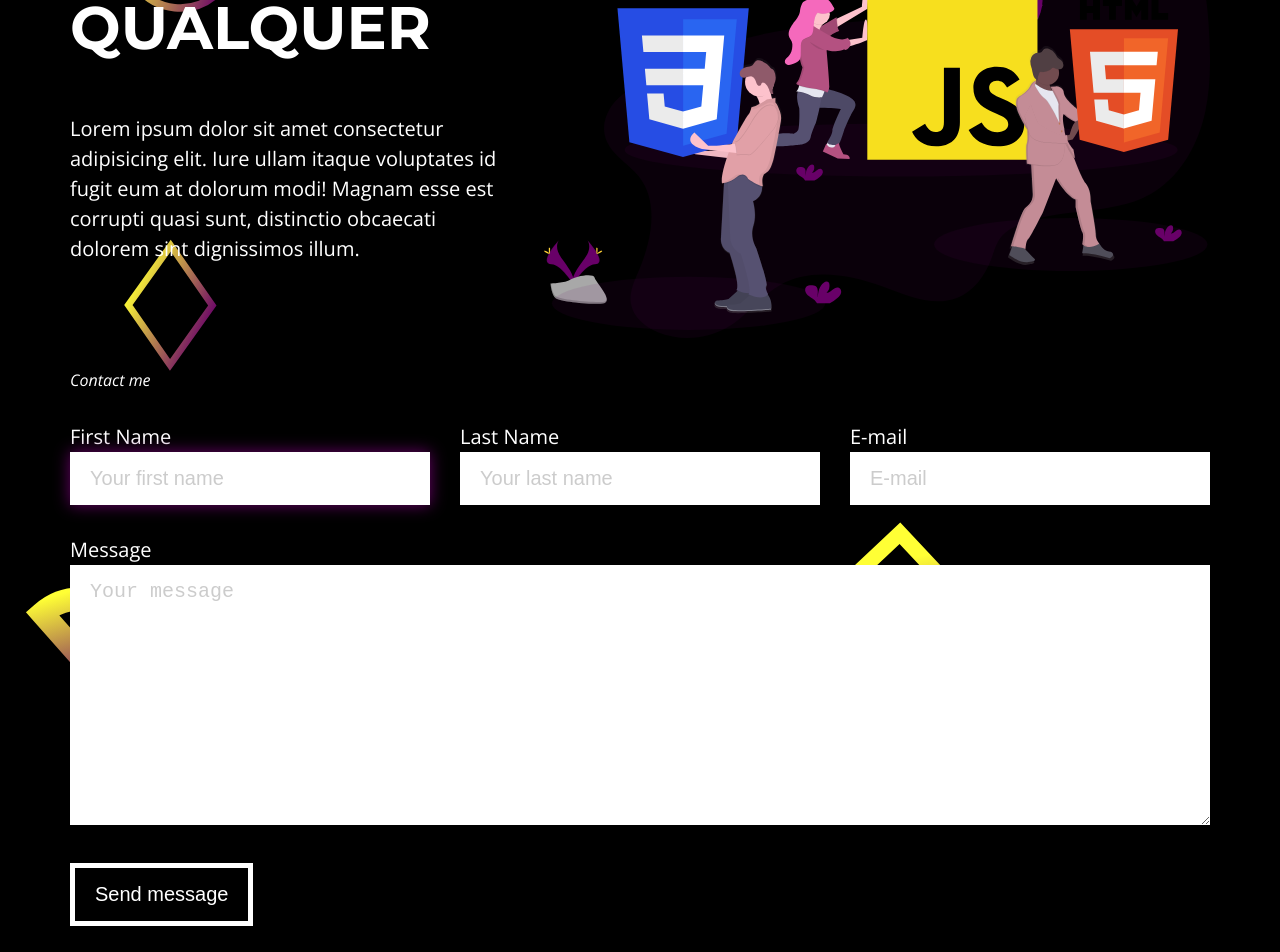
Repository: danilodscosta/CursoHTML
Page: aula1/index.html
These files come from the project's save history. The page is drawn as it stood at one moment and after the next save; the edit follows.
The browser window is 1280 px wide. The pictures show the part of the page from y = 4971 to 5923 px (the page is 5987 px tall).
The first visible `.form-group input` has the focus.

Above is the page before, as saved 2024-02-22 18:44:18.

### aula1/index.html
<!DOCTYPE html>
<html lang="pt-BR">

<head>
    <meta charset="utf-8">
    <meta name="viewport" content="width=device-width, inital-scale=1.0">
    <title>Landing Page</title>

    <link rel="stylesheet" href="assets/css/variables.css">
    <link rel="stylesheet" href="assets/css/elements.css">
    <link rel="stylesheet" href="assets/css/classes.css">
    <link rel="stylesheet" href="assets/css/menu.css">
    <link rel="stylesheet" href="assets/css/style.css">

    <link rel="preconnect" href="https://fonts.googleapis.com">
    <link rel="preconnect" href="https://fonts.gstatic.com" crossorigin>
    <link href="https://fonts.googleapis.com/css2?family=Montserrat:ital,wght@0,900;1,900&display=swap" rel="stylesheet">
    <link href="https://fonts.googleapis.com/css2?family=Montserrat:ital,wght@0,100..900;1,100..900&family=Open+Sans:ital,wght@0,300..800;1,300..800&display=swap" rel="stylesheet">

</head>



<body>
    <aside class="menu white-bg">
        <div class="main-content menu-content">
        <h1>
            <a href="#home">LOGO</a>
        </h1>

            <nav>
                <ul>
                    <li><a href="#intro">intro</a></li>
                    <li><a href="#grid-one">grid-one</a></li>
                    <li><a href="#gallery">gallery</a></li>
                    <li><a href="#work">work</a></li>
                    <li><a href="#pricing">pricing</a></li>
                    <li><a href="#contact">contact</a></li>
                </ul>
            </nav>
        </div>
    </aside>

    <div class="menu-spacing"></div>

    <section id="home" class="intro main-bg section">
        <div class="main-content intro-content">
            <div class="intro-text-content">
                <h2>Um Titulo Qualquer</h2>
                <p>Lorem ipsum dolor sit amet consectetur adipisicing elit. Iure ullam itaque voluptates id fugit eum at dolorum modi! Magnam esse est corrupti quasi sunt, distinctio obcaecati dolorem sint dignissimos illum.</p>
            </div>
        <div class="intro-img">
            <img src="assets/img/js-img.svg" alt="Logo de HTML, CSS e JS.">
        </div>
    </div>
    </section>

    <section id="intro" class="white-bg section">
        <div class="main-content top3-content">
            <h2>Lorem</h2>
            <p>1. Lorem ipsum dolor sit amet consectetur adipisicing elit. Iure ullam itaque voluptates id fugit eum at dolorum modi! Magnam esse est corrupti quasi sunt, distinctio obcaecati dolorem sint dignissimos illum.</p>

            <p>2. Lorem ipsum dolor sit amet consectetur adipisicing elit. Iure ullam itaque voluptates id fugit eum at dolorum modi! Magnam esse est corrupti quasi sunt, distinctio obcaecati dolorem sint dignissimos illum.</p>

            <p>3. Lorem ipsum dolor sit amet consectetur adipisicing elit. Iure ullam itaque voluptates id fugit eum at dolorum modi! Magnam esse est corrupti quasi sunt, distinctio obcaecati dolorem sint dignissimos illum.</p>
        </div>
    </section>

    <section id="grid-one" class="grid-one main-bg section">
        <div class="grid-one-content main-content">
            <h2 class="grid-main-heading">My Grid</h2>
            <p class="grid-description">Uma breve descrição</p>
            <div class="grid">
                <article>
                    <h3>Teste 1</h3>
                    <p>Lorem ipsum dolor, sit amet consectetur adipisicing elit. Quia culpa quasi commodi quae aliquam placeat optio, autem tempore dignissimos laudantium molestiae ullam beatae, iusto vel. Commodi corporis qui fugit tempora.</p>
                </article>
                <article>
                    <h3>Teste 2</h3>
                    <p>Lorem ipsum dolor, sit amet consectetur adipisicing elit. Quia culpa quasi commodi quae aliquam placeat optio, autem tempore dignissimos laudantium molestiae ullam beatae, iusto vel. Commodi corporis qui fugit tempora.</p>
                </article>
                <article>
                    <h3>Teste 3</h3>
                    <p>Lorem ipsum dolor, sit amet consectetur adipisicing elit. Quia culpa quasi commodi quae aliquam placeat optio, autem tempore dignissimos laudantium molestiae ullam beatae, iusto vel. Commodi corporis qui fugit tempora.</p>
                </article>
            </div>
        </div>
    </section>

    <section id="gallery" class="grid-one white-bg section">
        <div class="main-content grid-one-content">
            <h2 class="grid-main-heading">gallery</h2>
            <p class="grid-description">Random pics.</p>

            <div class="grid">
                <div class="gallery-img">
                    <img src="https://source.unsplash.com/random/360x360?r=1" alt="random image from unsplash" />
                </div>

                <div class="gallery-img">
                    <img src="https://source.unsplash.com/random/360x360?r=2" alt="random image from unsplash" />
                </div>

                <div class="gallery-img">
                    <img src="https://source.unsplash.com/random/360x360?r=3" alt="random image from unsplash" />
                </div>
                <div class="gallery-img">
                    <img src="https://source.unsplash.com/random/360x360?r=4" alt="random image from unsplash" />
                </div>
                <div class="gallery-img">
                    <img src="https://source.unsplash.com/random/360x360?r=5" alt="random image from unsplash" />
                </div>
                <div class="gallery-img">
                    <img src="https://source.unsplash.com/random/360x360?r=6" alt="random image from unsplash" />
                </div>
            </div>
        </div>
    </section>

    <section id="work" class="grid-one main-bg section">
        <div class="grid-one-content main-content">
            <h2 class="grid-main-heading">Recent Jobs</h2>
            <p class="grid-description">Here are some works of mine.</p>
            <div class="grid">
                <article>
                    <h3>Teste 1</h3>
                    <p>Lorem ipsum dolor, sit amet consectetur adipisicing elit. Quia culpa quasi commodi quae aliquam placeat optio, autem tempore dignissimos laudantium molestiae ullam beatae, iusto vel. Commodi corporis qui fugit tempora.</p>
                </article>
                <article>
                    <h3>Teste 2</h3>
                    <p>Lorem ipsum dolor, sit amet consectetur adipisicing elit. Quia culpa quasi commodi quae aliquam placeat optio, autem tempore dignissimos laudantium molestiae ullam beatae, iusto vel. Commodi corporis qui fugit tempora.</p>
                </article>
                <article>
                    <h3>Teste 3</h3>
                    <p>Lorem ipsum dolor, sit amet consectetur adipisicing elit. Quia culpa quasi commodi quae aliquam placeat optio, autem tempore dignissimos laudantium molestiae ullam beatae, iusto vel. Commodi corporis qui fugit tempora.</p>
                </article>
            </div>
        </div>
    </section>

    <section id="pricing" class="white-bg section">
        <div class="main-content top3-content">
            <h2>pricing</h2>
            <p>1. Lorem ipsum dolor sit amet consectetur adipisicing elit. Iure ullam itaque voluptates id fugit eum at dolorum modi! Magnam esse est corrupti quasi sunt, distinctio obcaecati dolorem sint dignissimos illum.</p>

            <div class="responsive-table">
            <table>
                <caption>Pricing table</caption>

                    <thead>
                        <tr>
                            <th>Title 1</th>
                            <th>Title 2</th>
                            <th>Title 3</th>
                            <th>Title 4</th>
                            <th>Title 5</th>
                        </tr>
                    </thead>

                    <tbody>
                        <tr>
                            <td>Content 1</td>
                            <td>Content 2</td>
                            <td>Content 3</td>
                            <td>Content 4</td>
                            <td>Content 5</td>
                        </tr>
                        <tr>
                            <td>Content 1</td>
                            <td>Content 2</td>
                            <td>Content 3</td>
                            <td>Content 4</td>
                            <td>Content 5</td>
                        </tr>
                        <tr>
                            <td>Content 1</td>
                            <td>Content 2</td>
                            <td>Content 3</td>
                            <td>Content 4</td>
                            <td>Content 5</td>
                        </tr>
                    </tbody>

                    <tfoot>
                        <tr>
                            <td></td>
                            <td></td>
                            <td></td>
                            <td></td>
                            <td>Testando</td>
                        </tr>
                    </tfoot>
                </table>
            </div>
        </div>
    </section>

    <section id="contact" class="intro main-bg section">
        <div class="main-content intro-content">
            <div class="intro-text-content">
                <h2>Um Titulo Qualquer</h2>
                <p>Lorem ipsum dolor sit amet consectetur adipisicing elit. Iure ullam itaque voluptates id fugit eum at dolorum modi! Magnam esse est corrupti quasi sunt, distinctio obcaecati dolorem sint dignissimos illum.</p>
            </div>
        <div class="intro-img">
            <img src="assets/img/js-img.svg" alt="Logo de HTML, CSS e JS.">
        </div>

        <div class="contact-form">
            <fieldset class="form-grid">
                <legend>Contact me</legend>

                <div class="form-group">
                    <label for="first-name">First Name</label>
                    <input type="text" name="first-name" id="first-name" placeholder="Your first name">
                </div>

                <div class="form-group">
                    <label for="last-name">Last Name</label>
                    <input type="text" name="last-name" id="last-name" placeholder="Your last name">
                </div>

                <div class="form-group">
                    <label for="email">E-mail</label>
                    <input type="email" name="email" id="email" placeholder="E-mail">
                </div>

                <div class="form-group full-width">
                    <label for="message">Message</label>
                    <textarea name="message" id="message" cols="30" rows="10" placeholder="Your message"></textarea>
                </div>

                <div class="form-group full-width">
                    <button type="submit">Send message</button>
                </div>
            </fieldset>
        </div>
    </div>
    </section>

</body>

</html>

### aula1/assets/css/variables.css
:root {
    --primary-color: #000000;
    --white-color: #fff;
    --light-gold-color: #ff0;
    --purple-color: #680068;
    --gap: 3rem;
    --light-gray-color: #cccccc;
}

### aula1/assets/css/elements.css

* {
    margin: 0;
    padding: 0;
    box-sizing: border-box;
}

html {
    font-size: 62.5%;
    scroll-behavior: smooth;
}

body {
    font-family: 'Open Sans', sans-serif;
    font-size: 2rem;
    color: var(--primary-color);
    background: powderblue;
    line-height: 1.5;
}

h1, h2, h3, h4, h5, h6 {
    font-family: 'Montserrat', 'sans-serif';
}

h1 {
    font-size: 6rem;
    text-transform: uppercase;
}

h2 {
    font-size: 6rem;
    margin-bottom: 5rem;
    text-transform: uppercase;
    line-height: 1.2;
}

h3 {
    font-size: 5rem;
}

h4 {
    font-size: 4.5rem;
}

h5 {
    font-size: 4rem;
}

h6 {
    font-size: 3.5rem;
}

p {
    margin-bottom: 2rem;
}

.responsive-table {
    overflow: hidden;
    overflow-x: auto;
    overflow-y: auto;
}

table {
    min-width: 36rem;
    width: 100%;
    border-collapse: collapse;
}

table caption {
    font-size: 1.6rem;
    font-style: italic;
    text-align: left;
    margin-bottom: 1rem;
}

table td, table th {
    white-space: nowrap;
    padding: 1rem;
    text-align: left;
    border: 0.1rem solid;
    border-color: lightgray;
}

tfoot td, table th {
    background: lightgray;
}

### aula1/assets/css/classes.css
.main-bg {
    background-image: url('../img/main-bg.svg');
    background-size: cover;
    background-position: center center;
    color: var(--white-color);
}

.white-bg {
    background: var(--white-color);
}

.main-content {
    max-width: 120rem;
    margin: 0 auto;
    padding: 8rem var(--gap);
}

.section {
    min-height: 100vh;
}

.menu-spacing {
    height: 65px;
}

body .full-width {
    width: 100%;
    flex: 1 1 100%;
}

### aula1/assets/css/menu.css
.menu {
    position: fixed;
    top: 0;
    left: 0;
    right: 0;
    width: 100%;
    z-index: 1;
    border-bottom: 0.1rem solid var(--purple-color);
}

.menu-content {
    display: flex;
    justify-content: space-between;
    align-items: center;
    padding-top: 0;
    padding-bottom: 0;
}

.menu ul {
    list-style: none;
    display: flex;
}

.menu h1 {
    font-size: 2.3rem;
    color: var(--primary-color);
}

.menu h1 a {
    color: inherit;
    text-decoration: none;
}

.menu ul li a {
    display: block;
    padding: 2rem;
    font-size: 1.8rem;
    font-family: 'Montserrat', 'sans-serif';
    color: var(--primary-color);
    font-weight: bold;
    text-decoration: none;
    position: relative;
}

.menu ul li a::after {
    content: '';
    position: absolute;
    bottom: 1rem;
    left: 50%;
    width: 0;
    height: 0.2rem;
    background: var(--purple-color);
    transition: all 300ms ease-in-out;
}

.menu ul li a:hover::after {
    width: 50%;
    left: 25%;
}

### aula1/assets/css/style.css
/*
ID Classes, atributos e pseudo-classes  Elementos e pseudo-elementos
*/

.intro-content {
    position: relative;
    /*top: -8rem;*/
    display: grid;
    grid-template-columns: 1fr 1.5fr;
    gap: var(--gap);
    min-height: 100vh;
}

.intro-text-content, .intro-img {
    display: flex;
    flex-flow: column wrap;
    justify-content: center;
}

.intro-text-content h2 {
    font-size: 6rem;
    margin-bottom: 5rem;
    text-transform: uppercase;
    line-height: 1.2;
}

.intro-img img {
    max-width: 100%;
    height: auto;
}

.top3-content {
    max-width: 64rem;
    display: flex;
    flex-flow: column nowrap;
    justify-content: center;
    height: 100vh;
    text-align: center;
}

.grid-one-content {
    display: flex;
    flex-flow: column wrap;
    justify-content: center;
    min-height: 100vh;
}

.grid-main-heading {
    margin-bottom: 1rem;
}

.grid-description {
    padding-bottom: 5rem;
}

.grid {
    display: grid;
    grid-template-columns: repeat(3, 1fr);
    gap: var(--gap);
    counter-reset: grid-counter;
}

.grid h3 {
    font-size: 3rem;
    position: relative;
    padding-left: 5rem;
    padding-bottom: 3rem;
}

.grid h3::before {
    font-size: 3rem;
    counter-increment: grid-counter;
    content: counter(grid-counter);
    position: absolute;
    font-size: 6rem;
    font-style: italic;
    top: -3rem;
    left: -1rem;
    transform: rotate(5deg);
}

.gallery-img {
    width: 100%;
    max-width: 36rem;
    max-height: 36rem;
    overflow: hidden;
}

.gallery-img img {
    transition: all 300ms ease-in-out;
}

.gallery-img img:hover {
    transform: translate(-3%, 3%) scale(1.2) rotate(5deg);
}

.contact-form {
    grid-column: span 2;
}

.contact-form .form-grid {
    border: none;
    display: flex;
    flex-direction: row;
    flex-wrap: wrap;
    gap: var(--gap);
}

.form-grid legend {
    font-style: italic;
    font-size: 1.6rem;
    margin-bottom: 3rem;
}

.form-group {
    flex: 1 1 320px;
}

.form-group label {
    display: block;
}

.form-group input,
.form-group textarea {
    border: none;
    background: var(--white-color);
    padding: 1.5rem 2rem;
    width: 100%;
    font-size: 2rem;
    outline: none;
}

.form-group input:focus,
.form-group textarea:focus {
    box-shadow: 0 0 15px var(--purple-color);
}

.form-group button {
    border: 0.5rem solid var(--white-color);
    background: none;
    color: var(--white-color);
    padding: 1.5rem 2rem;
    font-size: 2rem;
    cursor: pointer;
    transition: all 300ms ease-in-out;
}

.form-group button:hover {
    background: var(--white-color);
    color: var(--primary-color);
}

.form-group ::placeholder {
    color: var(--light-gray-color);
}

After the next save:
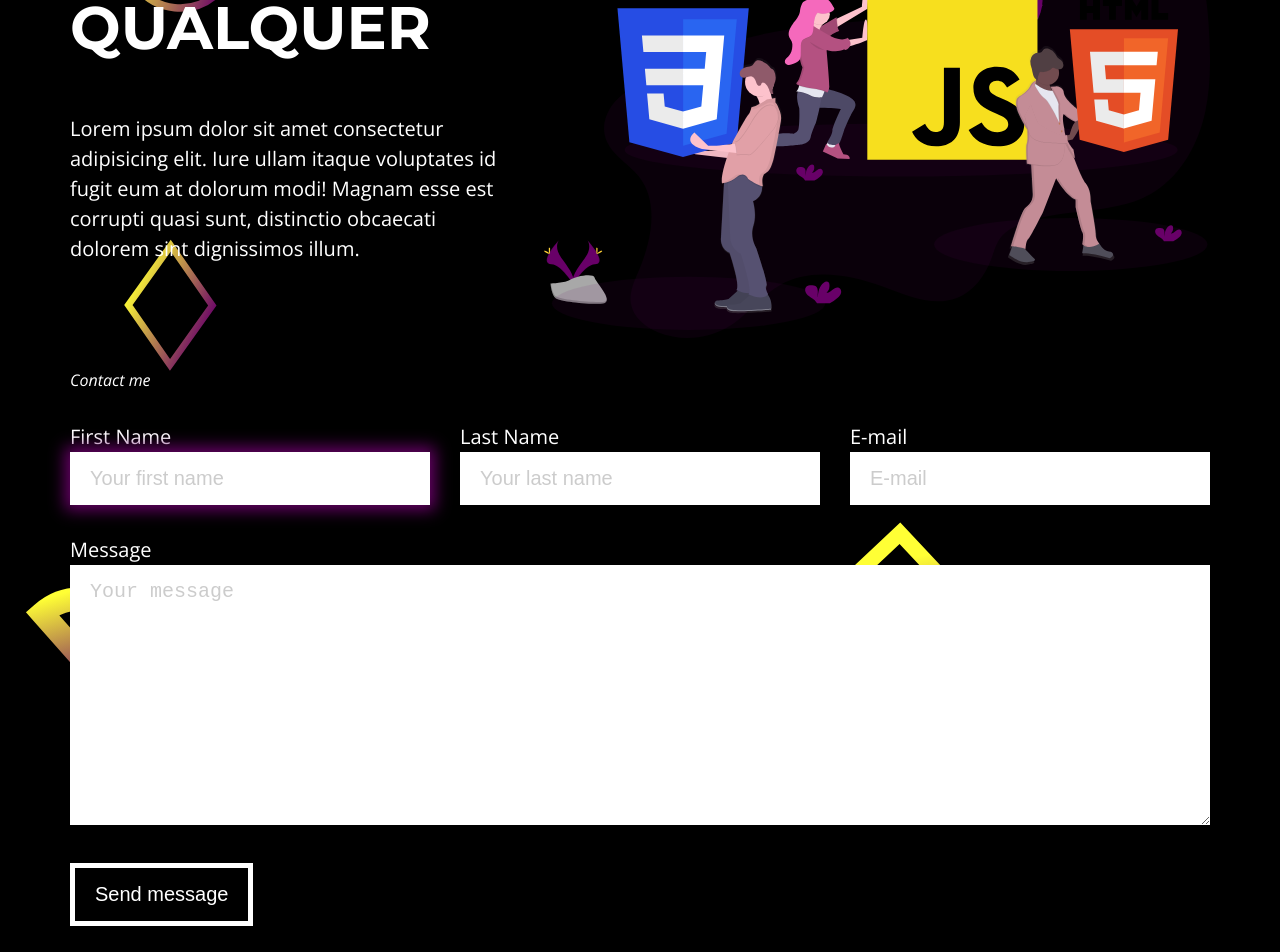
Saved 6 min 19 s later.
--- a/aula1/assets/css/style.css
+++ b/aula1/assets/css/style.css
@@ -132,7 +132,7 @@
 
 .form-group input:focus,
 .form-group textarea:focus {
-    box-shadow: 0 0 15px var(--purple-color);
+    box-shadow: 0 0 15px 5px var(--purple-color);
 }
 
 .form-group button {
